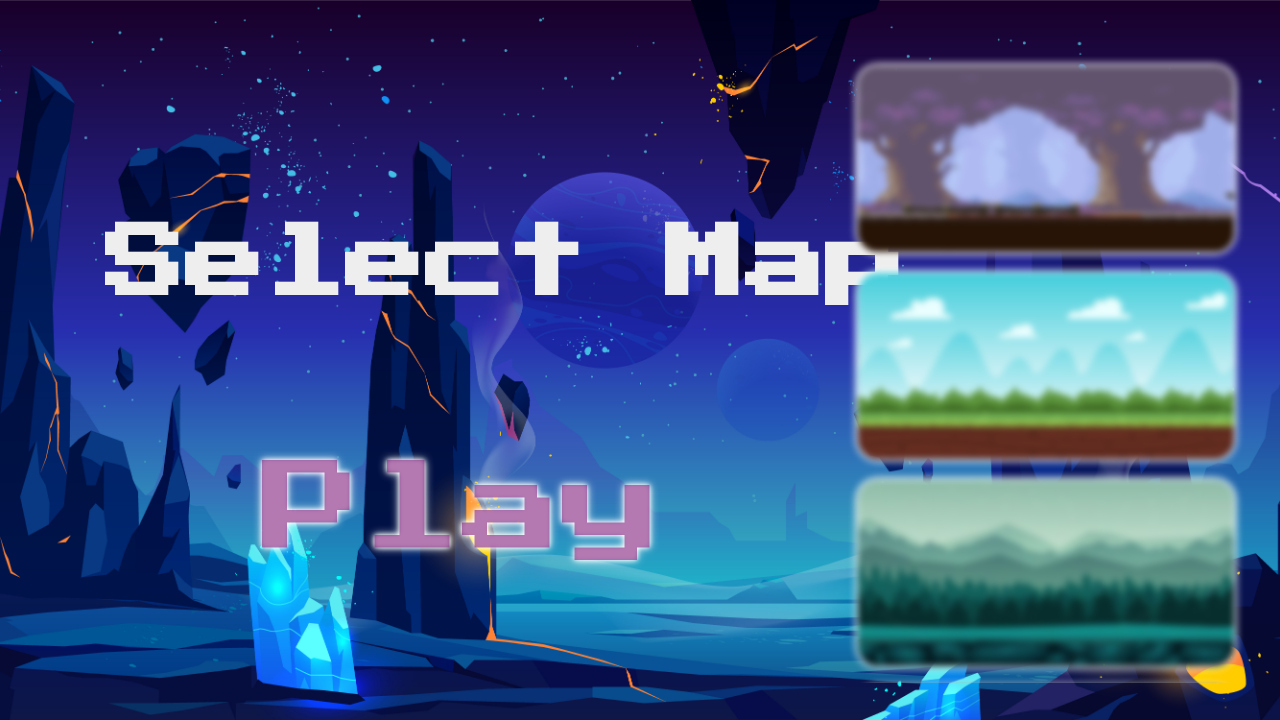
Repository: Gaurav31052/Fighting-game
Page: home.html
An editor plug-in stored every save of this project. The page is shown before and after a run of saves, followed by the edit.
The browser window is 1280 px wide. The pictures show the whole page.
An inner scrolling area shows only its first screen.

Above is the page before, as saved 2024-06-06 23:31:30.

After the next 2 saves:
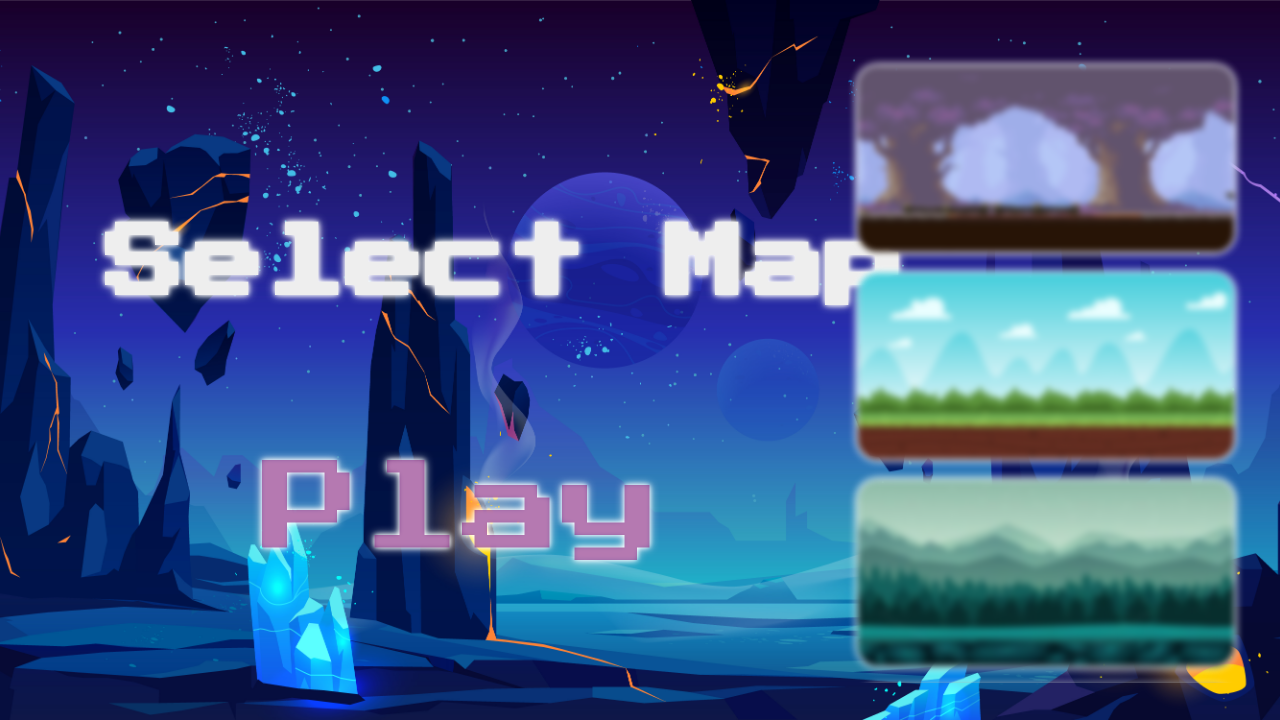
The 2 saves are shown as one change because they came seconds apart.
The last was saved 45 s later.
--- a/style.css
+++ b/style.css
@@ -61,6 +61,7 @@ a {
     justify-content: space-around;
     align-items: center;
     font-family: "Press Start 2P", system-ui;
+    text-shadow: 0 0 10px #fff, 0 0 5px #fff;
 }
 .MapName>h1{
     font-size: 80px;
